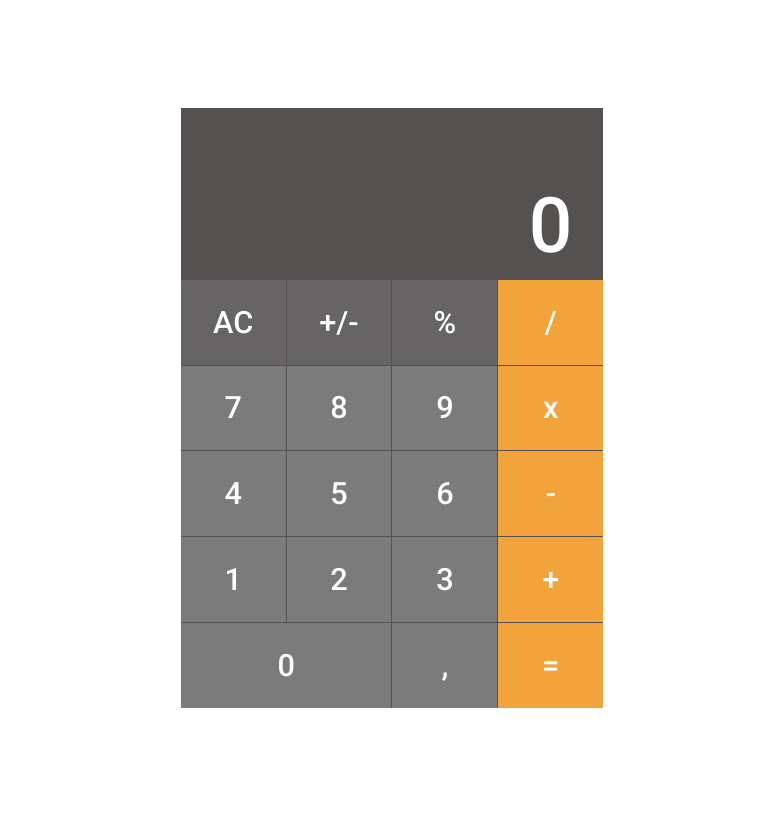
Repository: maciekto/calculatorOOP
Page: index.html
An editor plug-in stored every save of this project. The page is shown before and after the next save, followed by the edit.
The browser window is 768 px wide. The page is 776 px wide, so the pictures cover 776 px, including what lies to the right of the window. The pictures show the whole page.

Above is the page before, as saved 2022-07-06 17:21:11.

After the next save:
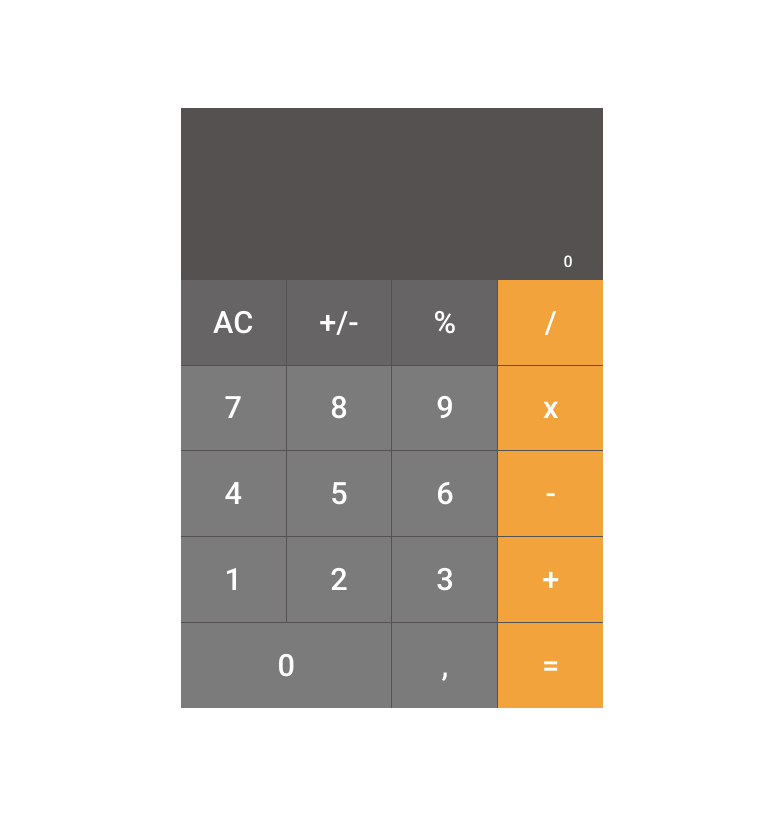
Saved 50 s later.
--- a/css.css
+++ b/css.css
@@ -77,3 +77,9 @@ main {
 .Calc__0 {
     grid-area: zero;
 }
+
+@media (max-width: 800px) {
+    .Calc__result {
+        font-size: 16px;
+    }
+}
